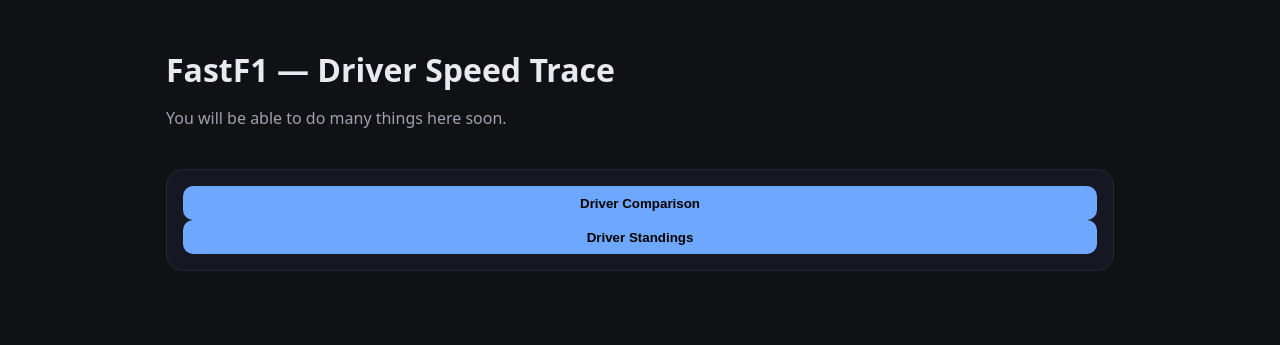
Repository: gqnsptaa/fastf1_web_preview
Page: http://localhost/menu
The author's editor kept a copy of each file at every save. The page is drawn from the files as they stood at one save, then again after the next save.
The browser window is 1280 px wide. The pictures show the whole page.
The page is served by the project's application, run on Flask 3 (app.py).

Above is the page before, as saved 2025-09-22 16:41:47.

After the next save:
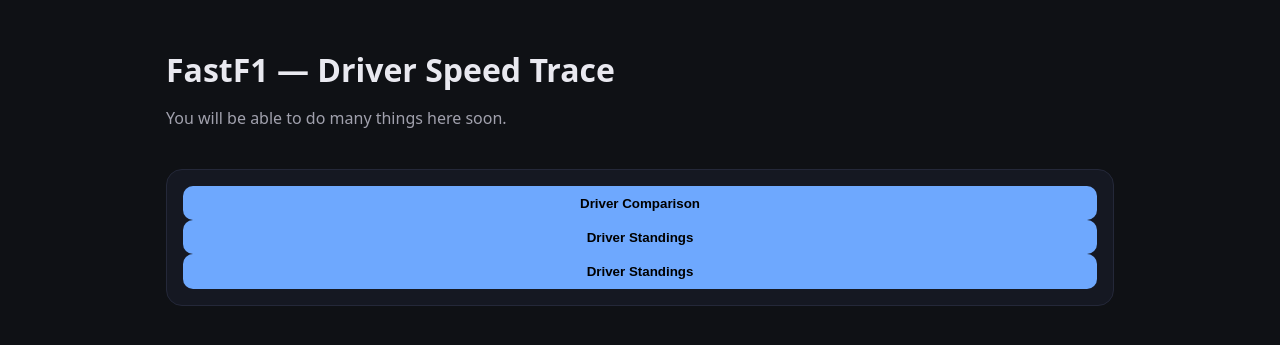
Saved 5 s later.
--- a/templates/menu.html
+++ b/templates/menu.html
@@ -19,6 +19,7 @@
         <div class="full">
           <button type="submit">Driver Comparison</button>
           <button type="submit">Driver Standings</button>
+          <button type="submit">Driver Standings</button>
         </div>
       </div>
     </div>
